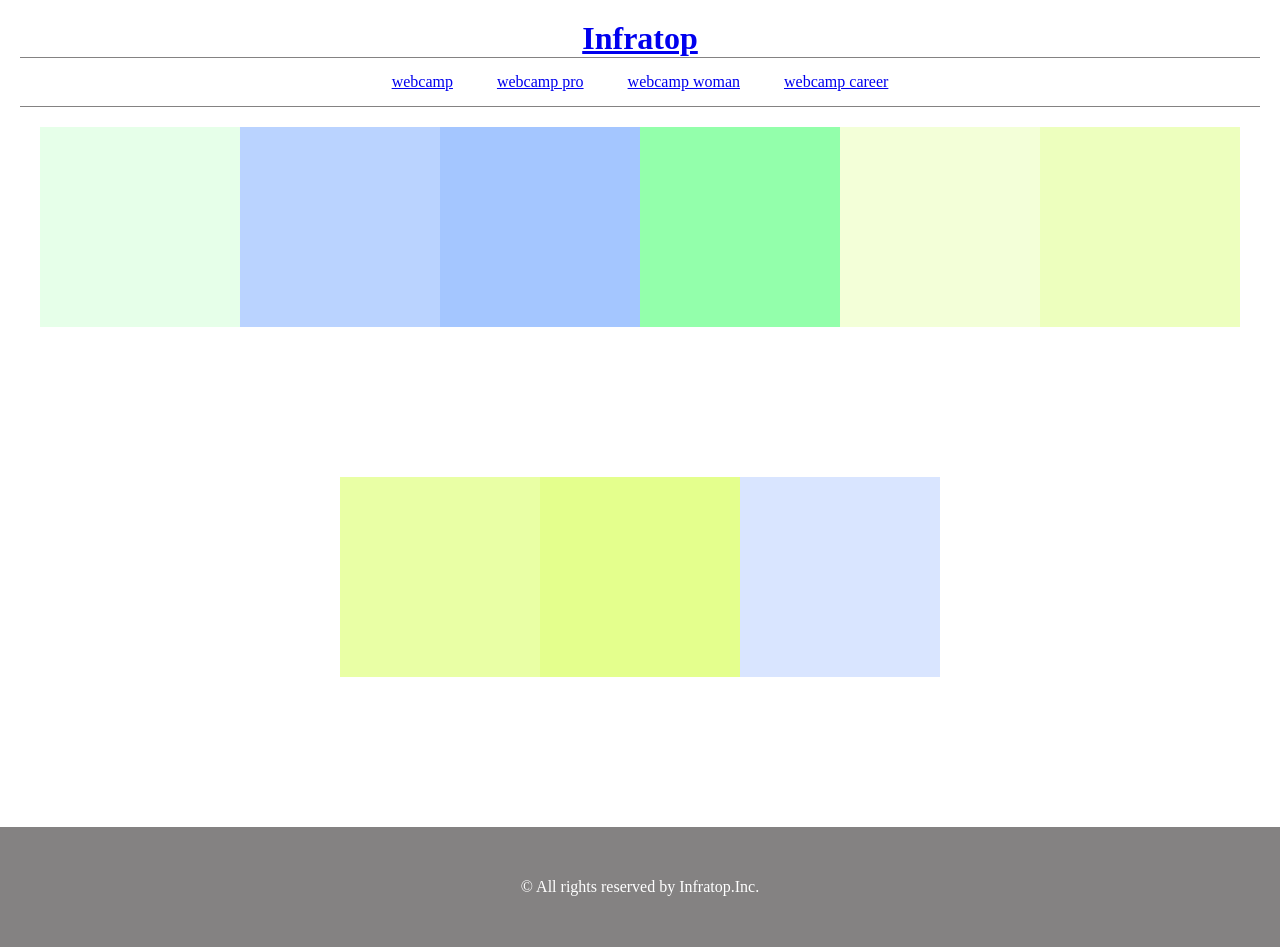
Repository: tkikokiko/webcamp-practice
Page: 1-5/index1-5.html
The author's editor kept a record of every edit. The page is drawn from the files as they stood at one moment, then again after the next edit.
The browser window is 1280 px wide. The pictures show the whole page.

Above is the page before.

After the next edit:
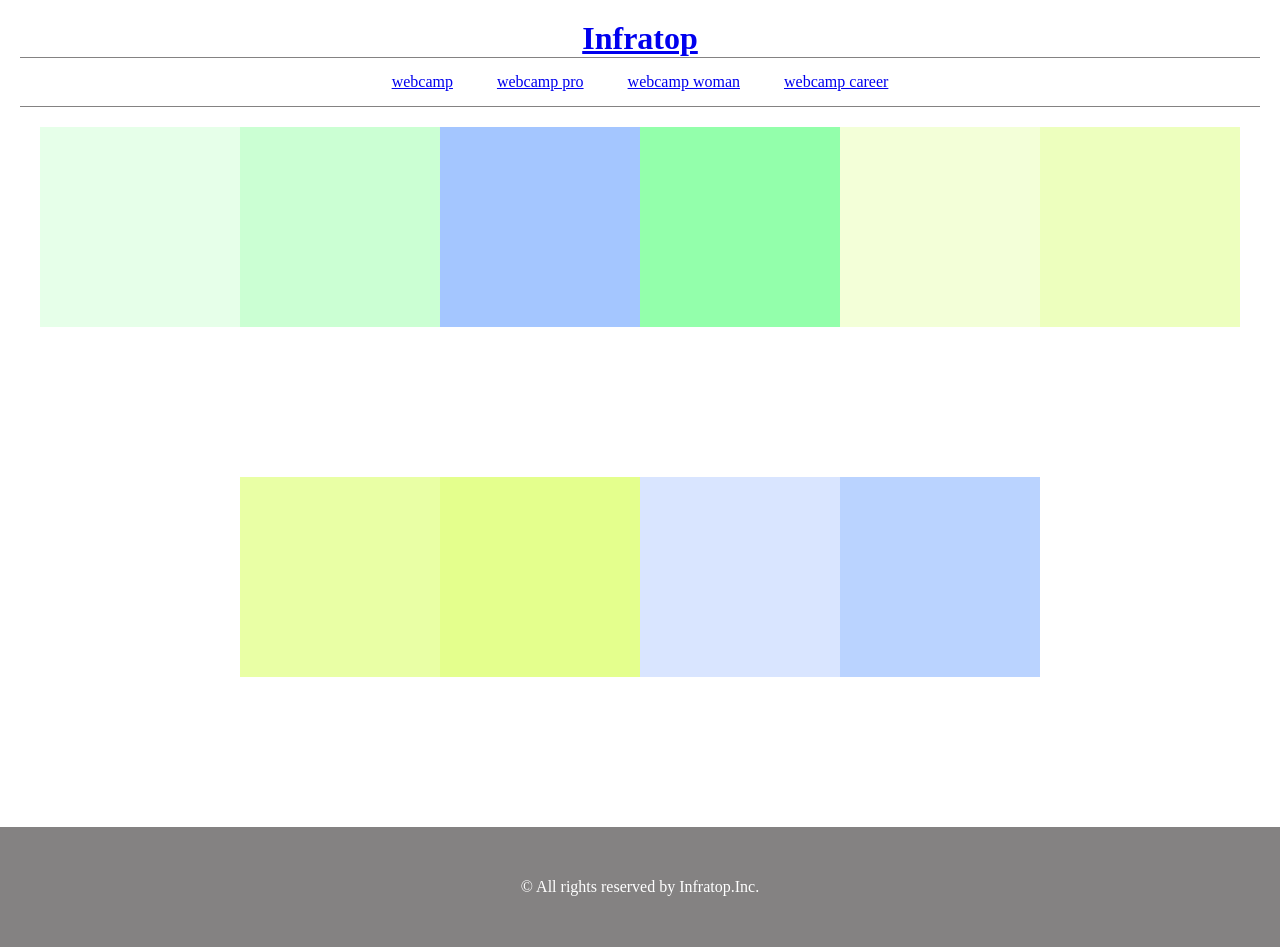
The edit:
--- a/1-5/style1-5.css
+++ b/1-5/style1-5.css
@@ -88,7 +88,7 @@
   height: 200px;
   background-color: #d9e5ff;
 }
-.box1-center-left {
+.box3-center-left {
   width: 200px;
   height: 200px;
   background-color: #bad3ff;
